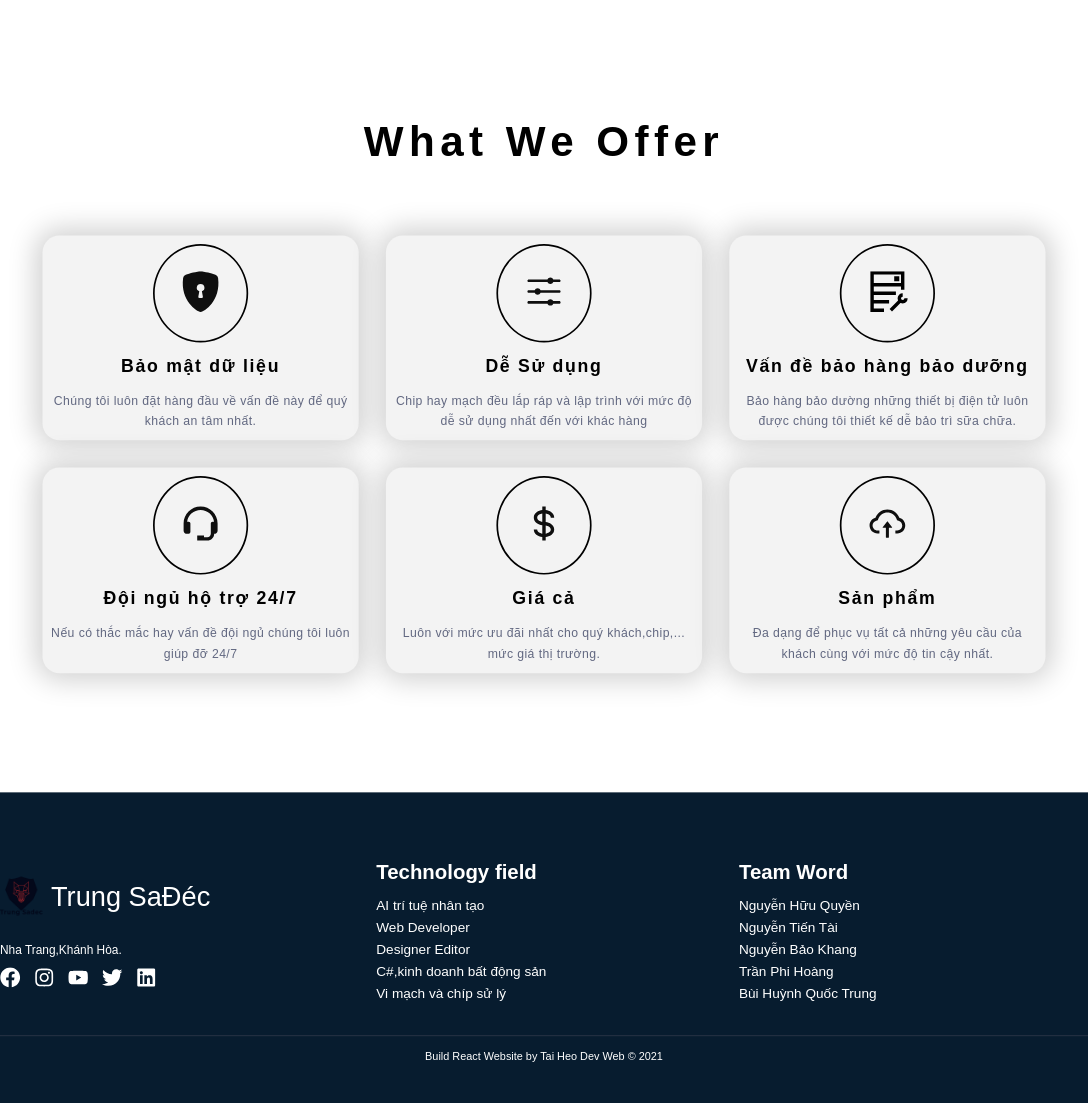
Repository: fdhhhdjd/Profile-Gift-B_H_Q_Trung
Page: /
An editor plug-in stored every save of this project. The page is shown before and after the next save, followed by the edit.
The browser window is 1280 px wide. The pictures show the part of the page from y = 720 to 2018 px (the page is 2018 px tall), at 85% of full size.
The project was rebuilt for these pictures with package versions that can differ from the ones it lists, and the page was loaded fresh each time. Also part of the build but not shown: src/App.css, src/Styles/PricingStyles.js, src/Data/PricingData.js, src/Pages/PricingPage.js. Imported but missing from the stored project, and not drawn on this page: src/Pages/SignUpPage.

Above is the page before, as saved 2021-10-29 09:12:12.

After the next save:
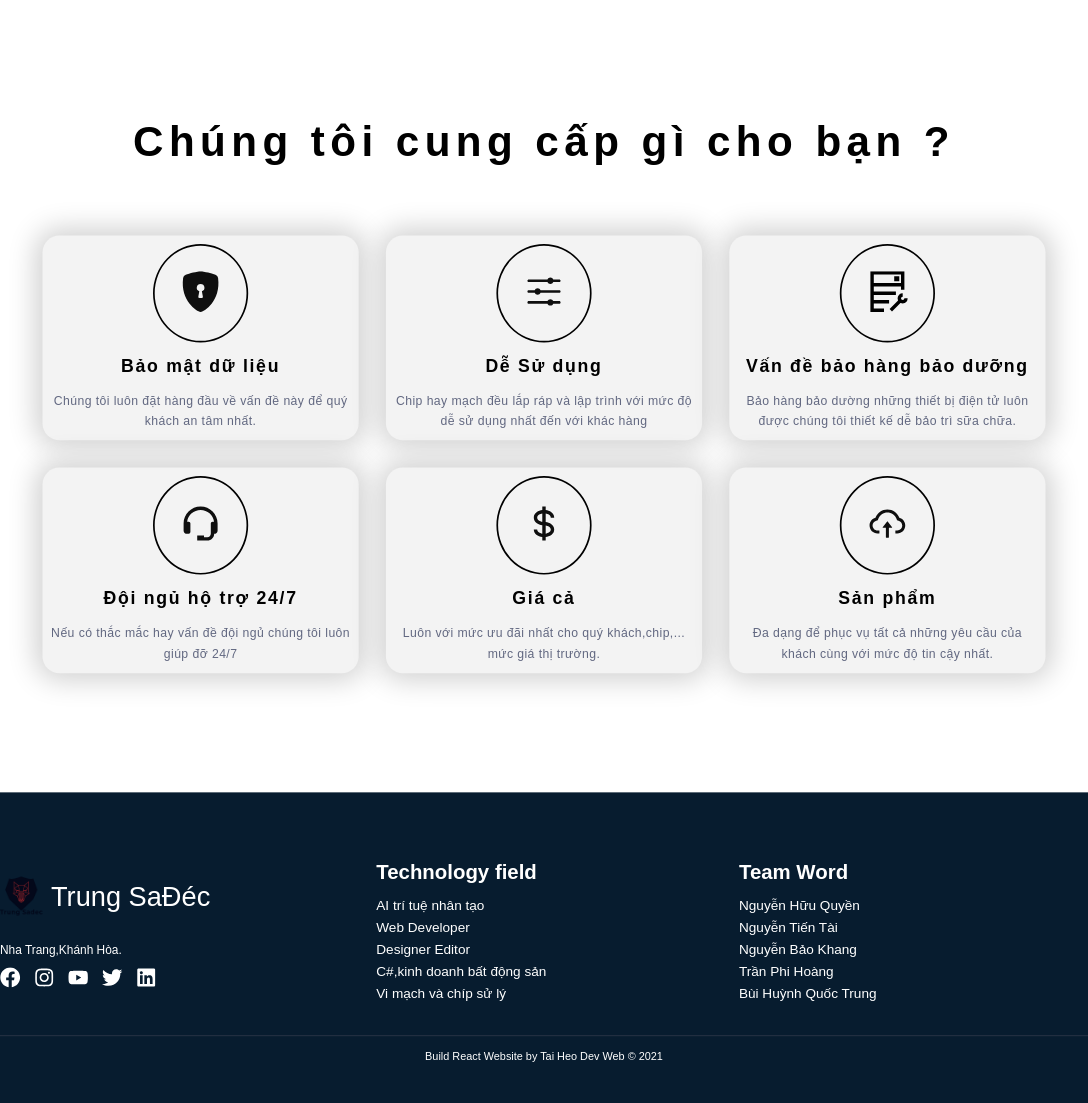
Saved 36 s later.
--- a/src/Components/FeaturesData.js
+++ b/src/Components/FeaturesData.js
@@ -25,7 +25,7 @@ const FeaturesData = () => {
       <Section smPadding="50px 10px" position="relative" inverse id="about">
         <Container>
           <FeatureTextWrapper>
-            <FeatureTitle>What We Offer</FeatureTitle>
+            <FeatureTitle>Chúng tôi cung cấp gì cho bạn ?</FeatureTitle>
           </FeatureTextWrapper>
           <FeatureWrapper>
             {featuresData.map((el, index) => (
